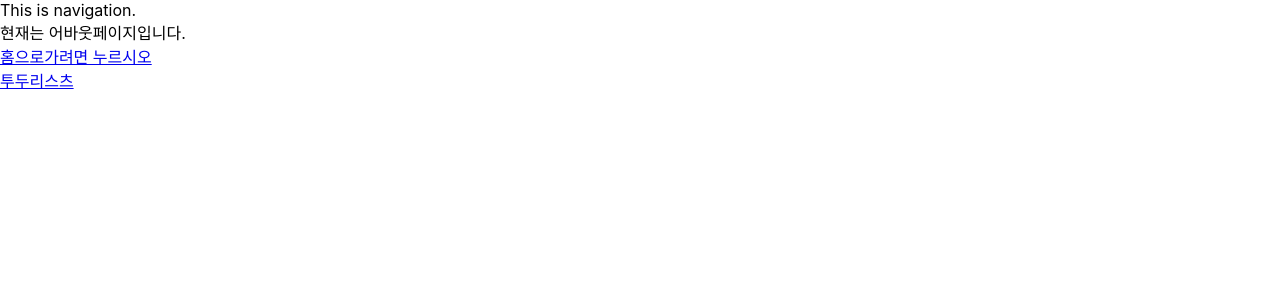
Repository: codest00001/cra-app_reactstudy
Page: /about
The author's editor kept a copy of each file at every save. The page is drawn from the files as they stood at one save, then again after the next save.
The browser window is 1280 px wide. The pictures show the whole page.
The project was rebuilt for these pictures with package versions that can differ from the ones it lists, and the page was loaded fresh each time. Also part of the build but not shown: src/pages/Home.js, src/pages/TodoLists.js.

Above is the page before, as saved 2024-09-11 10:50:31.

After the next save:
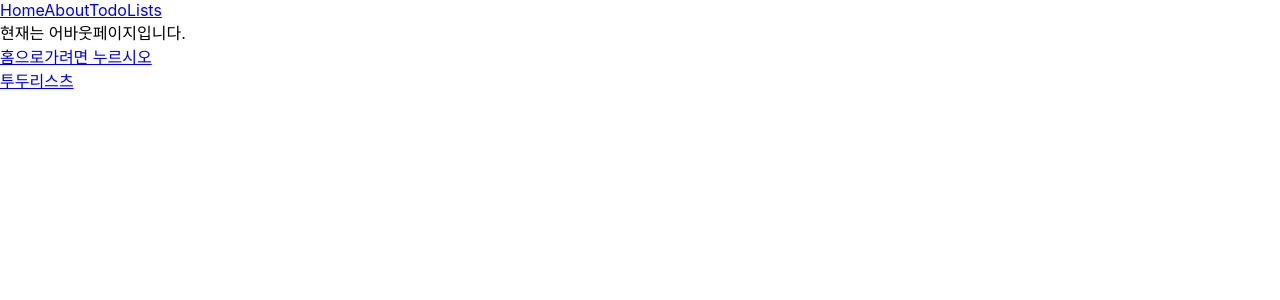
Saved 102 s later.
--- a/src/components/Nav.js
+++ b/src/components/Nav.js
@@ -2,7 +2,10 @@ const Nav = () => {
     return(
 <>
 <div>
-This is navigation.
+<a href="/">Home</a>
+<a href="/about">About</a>
+<a href="/todolists">TodoLists</a>
+
 </div>
 
 </>
